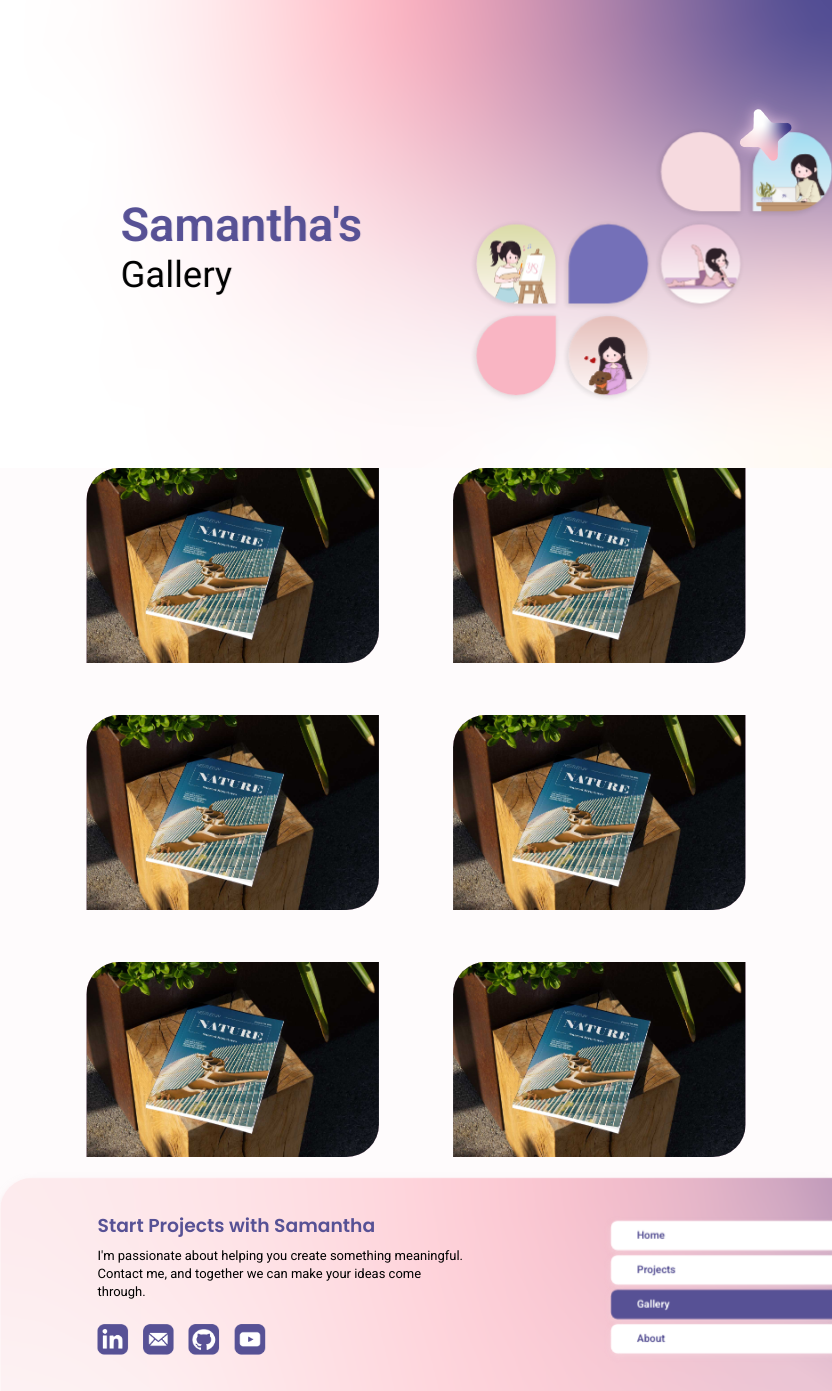
Repository: SamanthaYan298/Samantha-Portfolio
Page: gallery.html
The author's editor kept a copy of each file at every save. The page is drawn from the files as they stood at one save, then again after the next save.
The browser window is 1280 px wide. The pictures show the whole page, at 65% of full size.

Above is the page before, as saved 2025-03-21 20:49:07.

### gallery.html
<!DOCTYPE html>
<html lang="en">
<head>
    <meta charset="UTF-8">
    <meta name="viewport" content="width=device-width, initial-scale=1.0">
    <meta name="description" content="Portfolio of Samantha Yan, a graphic and UI/UX designer specializing in creating meaningful and impactful designs.">
    <meta name="author" content="Samantha Yan">
    <meta name="keywords" content="Samantha Yan, graphic design, UI/UX design, portfolio">

    <title>Yisha Samantha Yan | Gallery</title>
    <link rel="stylesheet" href="./css/gallery.css">

    <!-- Font Embed Code - Roboto -->
    <link rel="preconnect" href="https://fonts.googleapis.com">
    <link rel="preconnect" href="https://fonts.gstatic.com" crossorigin>
    <link href="https://fonts.googleapis.com/css2?family=Roboto:ital,wght@0,100..900;1,100..900&display=swap" rel="stylesheet">

    <!-- Font Embed Code - Poppins -->
    <link rel="preconnect" href="https://fonts.googleapis.com">
    <link rel="preconnect" href="https://fonts.gstatic.com" crossorigin>
    <link href="https://fonts.googleapis.com/css2?family=Poppins:ital,wght@0,100;0,200;0,300;0,400;0,500;0,600;0,700;0,800;0,900;1,100;1,200;1,300;1,400;1,500;1,600;1,700;1,800;1,900&display=swap" rel="stylesheet">
    <link rel="icon" href="./images/favicon.ico" type="image/x-icon">
</head>
<body>
    <!-- <h1>Currently updating my portfolio. Check back soon!</h1> -->
    <header class="navbar">
        <a href="index.html"><img class="logo" alt="logo" src="./images/logo.png" /></a>
        <ul class="nav-links">
            <li><a href="index.html" class="home-link">Home</a></li>
            <li><a href="projects.html" class="projects-link">Projects</a></li>
            <li><a href="gallery.html" class="gallery-link">Gallery</a></li>
            <li><a href="about.html" class="about-link">About</a></li>
        </ul>
    </header>

    <div class="menu">
        <a href="index.html"><img class="menu-logo" alt="logo" src="./images/logo.png" /></a>
        <div class="dropdown-menu">
            <button class="hamburger" onclick="toggleMenu()">
                <img id="menu-icon" alt="Hamburger Menu Icon" src="./images/menu.png" />
            </button>
            <div class="menu-links">
                <ul>
                    <li><a href="index.html">Home</a></li>
                    <li><a href="projects.html" class="projects-link">Projects</a></li>
                    <li><a href="gallery.html" class="gallery-link">Gallery</a></li>
                    <li><a href="about.html" class="about-link">About</a></li>
                </ul>
            </div>
        </div>
    </div>

    <main>
    <section class="banner">
        <div class="about_banner">
            <div class="content">
                <h1><span class="highlight">Samantha's</span><br> Gallery</h1>
                <div class="users-color-container">
                    <div style="visibility: hidden;"></div>
                    <!-- <span class="item" style="--i: 1"></span> -->
                    <span class="item" style="--i: 2"></span>
                    <span class="item" style="--i: 3"></span>
                    <img class="item" src="./images/gallery_images/working.webp" data-gif="./images/gallery_images/working_gif.webp" style="--i: 4" alt="" />

                    <img class="item" src="./images/gallery_images/drawing.webp" data-gif="./images/gallery_images/drawing_gif.webp" style="--i: 10" alt="" />
                    <span class="item" style="--i: 11"></span>
                    <img class="item" src="./images/gallery_images/yoga.webp" data-gif="./images/gallery_images/yoga_gif.webp" style="--i: 12" alt="" />
                    <div style="visibility: hidden;"></div>

                    <span class="item" style="--i: 9"></span>
                    <img class="item" src="./images/gallery_images/dog_person.webp" data-gif="./images/gallery_images/dog_person_gif.webp" style="--i: 8" alt="" />
                    <!-- <span class="item" style="--i: 7"></span> -->
                    <div style="visibility: hidden;"></div>
                    <img class="item" id="lady_gif" src="./images/glowfish_images/ebook_cover.webp" style="--i: 6" alt="" />
                </div>
            </div>
        </div>
        <div class="elements">
            <img alt="stars" class="star_small" src="./images/star_small.png"/>
        </div>
    </section>

    <section class="main-content">
        <div class="curve-section">
            <div class="curve"></div>
        </div>
    </section>

    <div class="grid">
        <div class="grid_row">
            <div class="card" id="card-1" onclick="openGallery(1)">
                <div class="card_thumb">
                    <div class="card_shadow"></div>
                    <div class="card_shadow"></div>
                    <div class="card_shadow"></div>
                    <div class="card_image" style="background-image: url(/images/magazine_images/cover_mockup.jpg)"></div>
                </div>
                <div class="card_explore"><span>Explore More</span></div>
            </div>
        </div>

        <div class="grid_row">
            <div class="card" id="card-2" onclick="openGallery(1)">
                <div class="card_thumb">
                    <div class="card_shadow"></div>
                    <div class="card_shadow"></div>
                    <div class="card_shadow"></div>
                    <div class="card_image" style="background-image: url(/images/magazine_images/cover_mockup.jpg)"></div>
                </div>
                <div class="card_explore"><span>Explore More</span></div>
            </div>
        </div>

        <div class="grid_row">
            <div class="card" id="card-3" onclick="openGallery(1)">
                <div class="card_thumb">
                    <div class="card_shadow"></div>
                    <div class="card_shadow"></div>
                    <div class="card_shadow"></div>
                    <div class="card_image" style="background-image: url(/images/magazine_images/cover_mockup.jpg)"></div>
                </div>
                <div class="card_explore"><span>Explore More</span></div>
            </div>
        </div>

        <div class="grid_row">
            <div class="card" id="card-4" onclick="openGallery(1)">
                <div class="card_thumb">
                    <div class="card_shadow"></div>
                    <div class="card_shadow"></div>
                    <div class="card_shadow"></div>
                    <div class="card_image" style="background-image: url(/images/magazine_images/cover_mockup.jpg)"></div>
                </div>
                <div class="card_explore"><span>Explore More</span></div>
            </div>
        </div>

        <div class="grid_row">
            <div class="card" id="card-5" onclick="openGallery(1)">
                <div class="card_thumb">
                    <div class="card_shadow"></div>
                    <div class="card_shadow"></div>
                    <div class="card_shadow"></div>
                    <div class="card_image" style="background-image: url(/images/magazine_images/cover_mockup.jpg)"></div>
                </div>
                <div class="card_explore"><span>Explore More</span></div>
            </div>
        </div>

        <div class="grid_row">
            <div class="card" id="card-6" onclick="openGallery(1)">
                <div class="card_thumb">
                    <div class="card_shadow"></div>
                    <div class="card_shadow"></div>
                    <div class="card_shadow"></div>
                    <div class="card_image" style="background-image: url(/images/magazine_images/cover_mockup.jpg)"></div>
                </div>
                <div class="card_explore"><span>Explore More</span></div>
            </div>
        </div>
    </div>

    <div id="gallery_1" class="gallery">
        <div class="gallery_header">
            <a class="gallery_close" onclick="closeAll()">×</a>
        </div>
        <div class="gallery_images">
            <div class="gallery_left">
                <h1 id="gallery_title">Gallery Title</h1>
                <p id="gallery_description">Descriptions</p>
            </div>
            <div id="gallery_image" style="background-image: url(/images/magazine_images/laptop.jpg)" onclick="resetGallery1()"></div>
        </div>
        <div class="small_images">
            <img src="./images/magazine_images/first_page.jpg" alt="new" onclick="updateGallery('Gallery Title 1', 'This is a description for image 1', '/images/magazine_images/first_page.jpg')"/>
            <img src="./images/magazine_images/cover_mockup.jpg" alt="new" onclick="updateGallery('Gallery Title 2', 'This is a description for image 2', '/images/magazine_images/cover_mockup.jpg')"/>
            <img src="./images/magazine_images/tablet.jpg" alt="new" onclick="updateGallery('Gallery Title 3', 'This is a description for image 3', '/images/magazine_images/tablet.jpg')"/>
        </div>
    </div>

    <div class="floating-star" onclick="scrollToTop()">
        <img src="./images/back.png" alt="Back To Top Button"/>
    </div>

    </main>

    <footer class="footer">
        <div class="footer-content">
            <h2 class="footer-title">Start Projects with Samantha</h2>
            <p>
                I'm passionate about helping you create something meaningful. Contact me,
                and together we can make your ideas come through.
            </p>
          <div class="footer-icons">
            <a href="https://www.linkedin.com/in/samantha-yyan/" target="_blank" rel="noopener noreferrer">
              <img src="./images/linkedin.png" alt="LinkedIn Icon" />
            </a>
            <a href="mailto:yisha-y@hotmail.com" aria-label="Send me an email">
              <img src="./images/email.png" alt="Email Icon" />
            </a>
            <a href="https://github.com/SamanthaYan298" target="_blank" rel="noopener noreferrer">
                <img src="./images/github.png" alt="Github Icon" />
            </a>
            <a href="https://www.youtube.com/playlist?list=PLrgL16kwFm-0g5pzTNWgt6QvwPB_-rD5s" target="_blank" rel="noopener noreferrer">
                <img src="./images/youtube.png" alt="Youtube Icon" />
            </a>
          </div>
        </div>
        <nav class="footer-nav">
            <ul>
            <li><a href="index.html" class="home-link glow-button">Home</a></li>
            <li><a href="projects.html" class="projects-link glow-button">Projects</a></li>
            <li><a href="gallery.html" class="gallery-link glow-button">Gallery</a></li>
            <li><a href="about.html" class="about-link glow-button">About</a></li>
            </ul>
        </nav>
      </footer>

    <script src="./js/gallery.js"></script>
</body>
</html>

Loaded but not shown: js/gallery.js (144 lines, source omitted); css/gallery.css (1420 lines, source omitted)

After the next save:
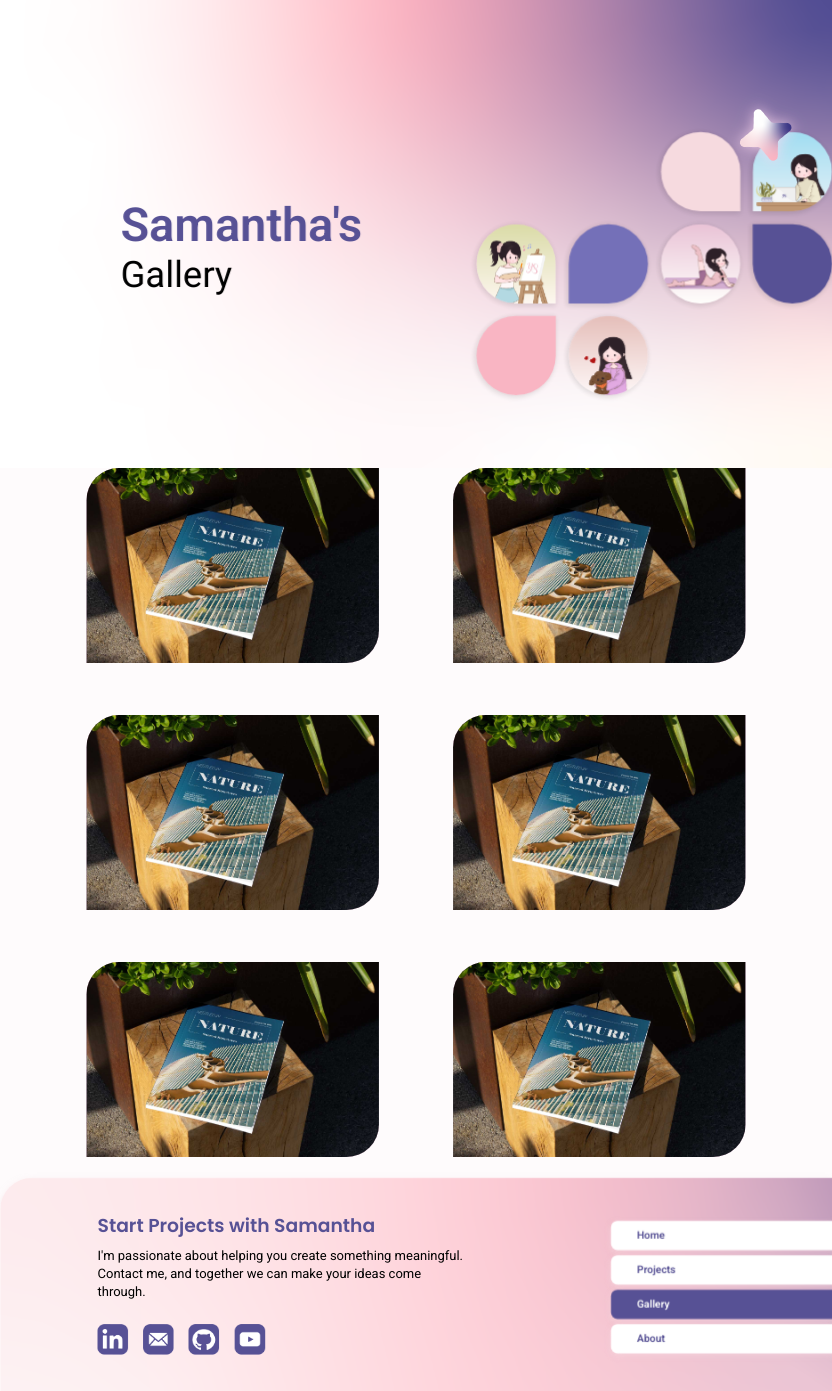
Saved 22 s later.
--- a/gallery.html
+++ b/gallery.html
@@ -65,7 +65,7 @@
                     <img class="item" src="./images/gallery_images/drawing.webp" data-gif="./images/gallery_images/drawing_gif.webp" style="--i: 10" alt="" />
                     <span class="item" style="--i: 11"></span>
                     <img class="item" src="./images/gallery_images/yoga.webp" data-gif="./images/gallery_images/yoga_gif.webp" style="--i: 12" alt="" />
-                    <div style="visibility: hidden;"></div>
+                    <span class="item" style="--i: 5"></span>
 
                     <span class="item" style="--i: 9"></span>
                     <img class="item" src="./images/gallery_images/dog_person.webp" data-gif="./images/gallery_images/dog_person_gif.webp" style="--i: 8" alt="" />
